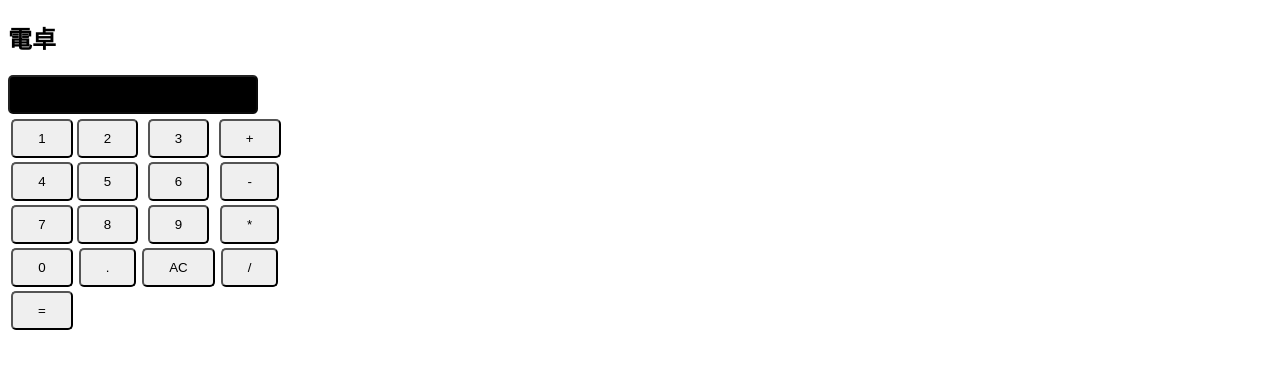
Repository: syokaturyou/potepan
Page: dentaku.html
The author's editor kept a record of every edit. The page is drawn from the files as they stood at one moment, then again after the next edit.
The browser window is 1280 px wide. The pictures show the whole page.
After loading, the first visible `input[onclick="decimal(this)"]` was clicked once.

Above is the page before.
Console error: ReferenceError: decimal is not defined

After the next edit:
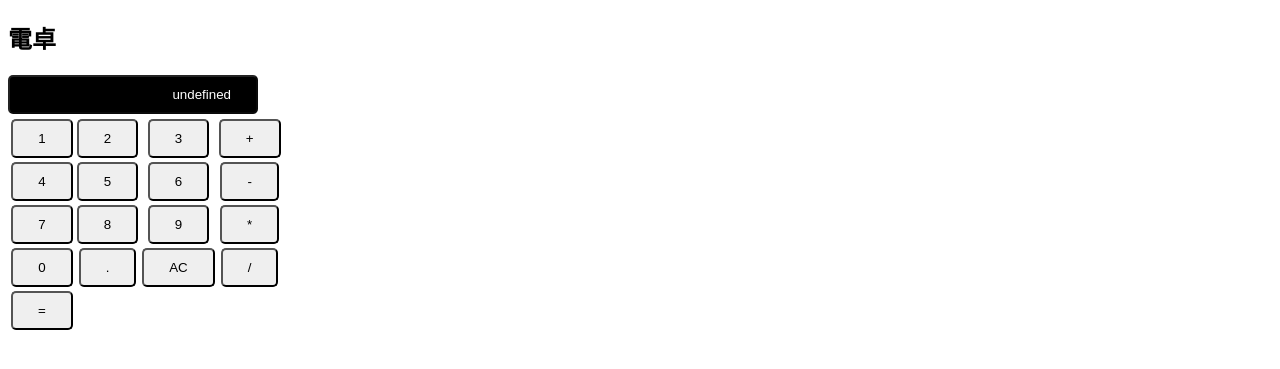
The error is gone.
The edit:
--- a/javascript/dentaku.js
+++ b/javascript/dentaku.js
@@ -16,6 +16,10 @@
       }
     }
 
+    function decimal() {                          // 少数点ボタン押下時に計算
+      document.dentaku.display.value = eval(document.dentaku.display.value);
+    }
+
     function calc() {                          // 「＝」ボタン押下時に計算
       document.dentaku.display.value = eval(document.dentaku.display.value);
     }
